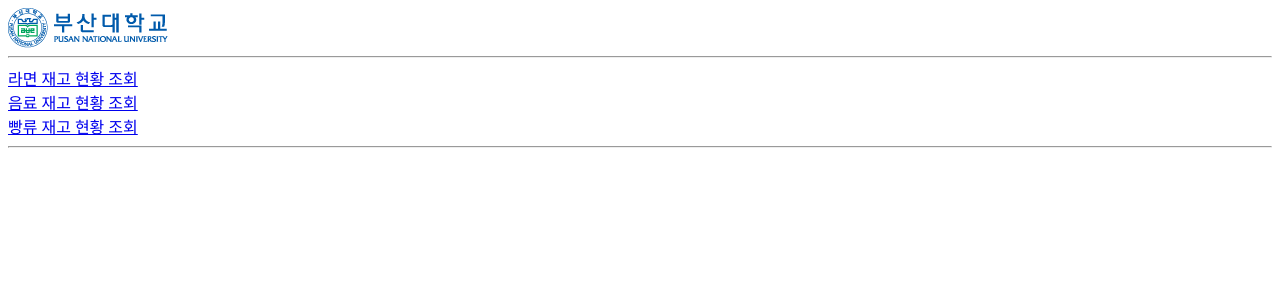
Repository: Gwangil/PCManager
Page: http://localhost/pcmanager.2.1.0/product/productInfo.jsp
An editor plug-in stored every save of this project. The page is shown before and after the next save, followed by the edit.
The browser window is 1280 px wide. The pictures show the whole page.
The page is served by Tomcat 9.

Above is the page before, as saved 2017-07-20 05:09:38.

After the next save:
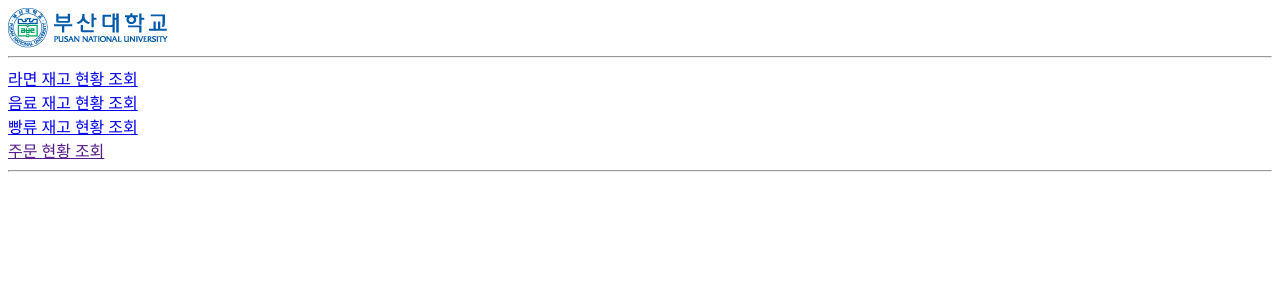
Saved 100 s later.
--- a/04.Workspace/02.pcmanager_workspace_2.0.0/pcmanager.2.1.0/WebContent/product/productInfo.jsp
+++ b/04.Workspace/02.pcmanager_workspace_2.0.0/pcmanager.2.1.0/WebContent/product/productInfo.jsp
@@ -16,6 +16,7 @@
 <a href="productInfoNoodle.jsp">라면 재고 현황 조회</a><br>
 <a href="productInfoDrink.jsp">음료 재고 현황 조회</a><br>
 <a href="productInfoBread.jsp">빵류 재고 현황 조회</a><br>
+<a href="">주문 현황 조회</a>
 <hr>
 
 
